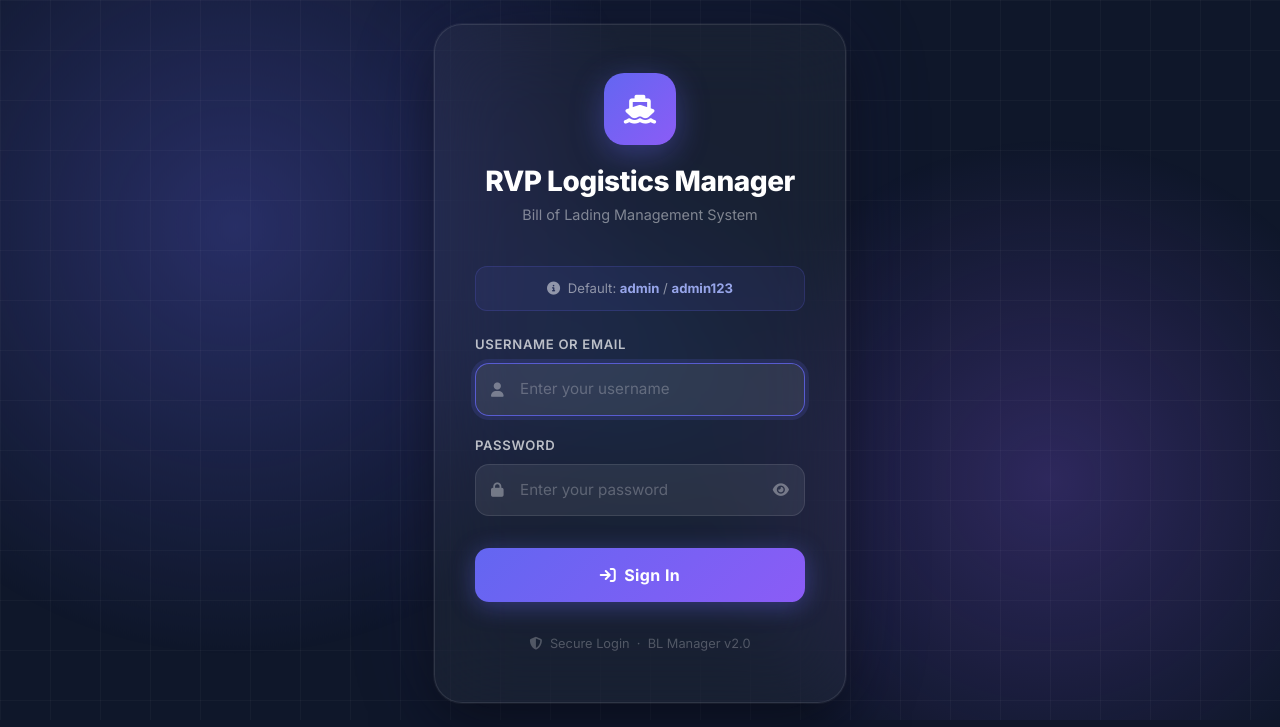
Repository: senteu254/logistics
Page: http://localhost/login.php
The author's editor kept a copy of each file at every save. The page is drawn from the files as they stood at one save, then again after the next save.
The browser window is 1280 px wide. The pictures show the whole page.
The page is run by PHP 8.4 with error messages shown; the project is at /var/www/html/.

Above is the page before, as saved 2026-05-13 13:32:39.

After the next save:
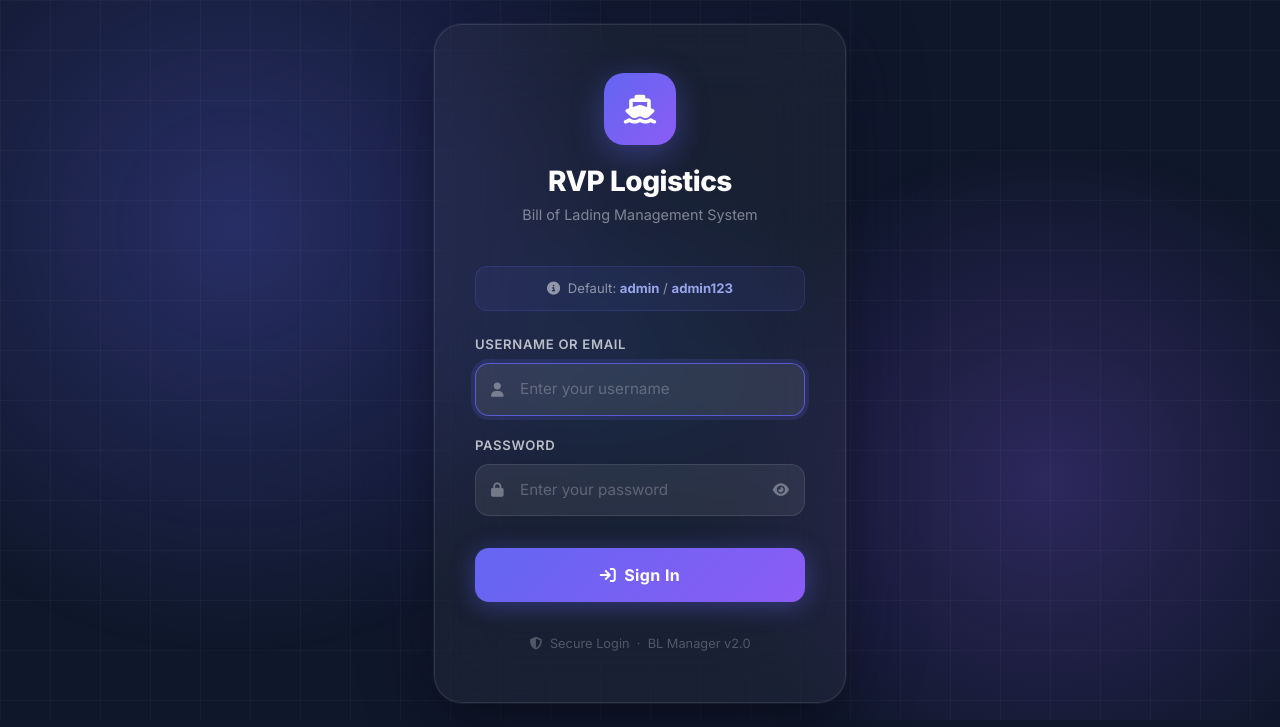
Saved 13 s later.
--- a/login.php
+++ b/login.php
@@ -395,7 +395,7 @@ if ($_SERVER['REQUEST_METHOD'] === 'POST') {
                 <div class="brand-icon">
                     <i class="fas fa-ship"></i>
                 </div>
-                <h1>RVP Logistics Manager</h1>
+                <h1>RVP Logistics</h1>
                 <p>Bill of Lading Management System</p>
             </div>
 
